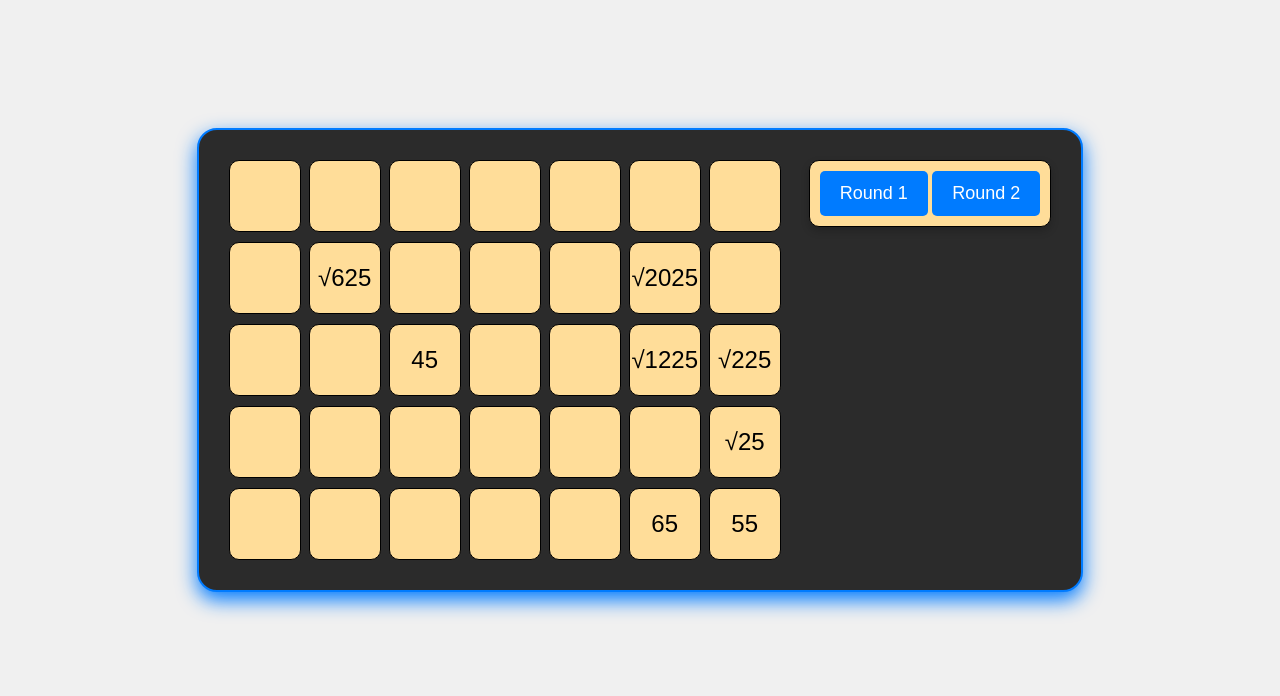
Repository: radisyah/THE_BRAIN_STORM
Page: Broken Link.html
The author's editor kept a copy of each file at every save. The page is drawn from the files as they stood at one save, then again after the next save.
The browser window is 1280 px wide. The pictures show the whole page.

Above is the page before, as saved 2024-11-09 12:51:17.

### Broken Link.html
<!DOCTYPE html>
<html lang="en">
<head>
    <meta charset="UTF-8">
    <meta name="viewport" content="width=device-width, initial-scale=1.0">
    <title>The Brain Storm | Broken Link</title>
    <style>
        body {
            font-family: Arial, sans-serif;
            display: flex;
            justify-content: center; /* Center the content horizontally */
            align-items: center; /* Center vertically */
            height: 100vh;
            margin: 0;
            background-color: #f0f0f0;
        }

        .container {
            display: flex;
            justify-content: center; /* Align the grid and buttons side by side */
            align-items: flex-start;
            background-color: #2b2b2b;
            border-radius: 20px;
            box-shadow: 0 8px 20px  #007bff;
            padding: 30px;
            border: 2px solid #007bff;
            transition: transform 0.3s ease-in-out;

        }

        .grid-container {
            display: grid;
            grid-template-columns: repeat(7, 70px); /* 7 columns for the grid */
            grid-gap: 10px; /* Increased gap between grid items */
            justify-content: center;
            margin-right: 30px; /* Space between grid and buttons */
        }

        .container:hover {
            transform: scale(1.02); /* Slight scale effect when hovering over the container */
        }

        .grid-item {
            width: 70px;
            height: 70px;
            display: flex;
            align-items: center;
            justify-content: center;
            font-size: 24px;
            background-color: #ffdd99;
            border: 1px solid #000;
            color: #000;
            cursor: pointer;
            position: relative;
            border-radius: 10px;
            transition: transform 0.3s ease-in-out;
        }

        .grid-item:hover {
            transform: scale(1.10);
        }

        .highlighted {
            background-color: #28a745; /* Green when correct */
        }

        .blue {
            background-color: lightblue; /* Blue for temporary path */
        }

        .locked {
            background-color: #28a745;
            color: white;
            cursor: not-allowed;
            border-color: #007bff;
        }

        .selected {
            background-color: lightblue;
        }

        .no-number {
            cursor: pointer;
        }


        .question-buttons {
            display: flex;
            flex-direction: column; /* Align buttons vertically */
            gap: 10px;
            padding: 10px; /* Added padding */
            background-color: #ffdd99; /* Background color for buttons layout */
            border-radius: 10px; /* Rounded corners */
            box-shadow: 0 4px 8px rgba(0, 0, 0, 0.2); /* Shadow for effect */
             border: 1px solid #000;
        }


        .question-button {
            padding: 12px 20px; /* Increased padding */
            font-size: 18px; /* Increased font size */
            cursor: pointer;
            background-color: #007bff;
            color: white;
            border: none;
            border-radius: 5px;
            transition: background-color 0.3s;
        }

        .question-button:hover {
            background-color: #0056b3;
        }

    </style>


</head>
<body>


<div class="container">
    <div class="grid-container" id="gridContainer">
        <!-- Grid will be inserted dynamically here -->
    </div>
    <div class="question-buttons">
        <div>
            <button class="question-button" onclick="loadQuestion(1)">Round 1</button>
            <button class="question-button" onclick="loadQuestion(2)">Round 2</button>
        </div>
    </div>
</div>


<script>
    // Data untuk grid dan jalur dinamis
    const gridData = [
        { number: 1, hasNumber: false },
        { number: 2, hasNumber: false },
        { number: 3, hasNumber: false },
        { number: 4, hasNumber: false },
        { number: 5, hasNumber: false },
        { number: 6, hasNumber: false },
        { number: 7, hasNumber: false },

        { number: 8, hasNumber: false },
        { number: 9, hasNumber: '√625' },
        { number: 10, hasNumber: false },
        { number: 11, hasNumber: false },
        { number: 12, hasNumber: false },
        { number: 13, hasNumber: '√2025' },
        { number: 14, hasNumber: false },

        { number: 15, hasNumber: false },
        { number: 16, hasNumber: false },
        { number: 17, hasNumber: '45' },
        { number: 18, hasNumber: false },
        { number: 19, hasNumber: false },
        { number: 20, hasNumber: '√1225' },
        { number: 21, hasNumber: '√225' },

        { number: 22, hasNumber: false },
        { number: 23, hasNumber: false },
        { number: 24, hasNumber: false },
        { number: 25, hasNumber: false },
        { number: 26, hasNumber: false },
        { number: 27, hasNumber: false },
        { number: 28, hasNumber: '√25' },

        { number: 29, hasNumber: false },
        { number: 30, hasNumber: false },
        { number: 31, hasNumber: false },
        { number: 32, hasNumber: false },
        { number: 33, hasNumber: false },
        { number: 34, hasNumber: '65' },
        { number: 35, hasNumber: '55' },



    ];

    const correctPaths = [
        [1, 6, 7],    // Jalur 1 -> 6 -> 7
        [2, 3, 8],    // Jalur 2 -> 3 -> 8
        [4, 9, 10, 5] // Jalur 4 -> 9 -> 10 -> 5
    ];

    let currentPath = []; // Menyimpan jalur yang sedang dipilih
    let lockedGrids = new Set(); // Menyimpan grid yang sudah benar dan terkunci

    // Fungsi untuk membuat grid secara dinamis
// Generate the grid
function generateGrid() {
    const container = document.getElementById('gridContainer');
    gridData.forEach(item => {
        const gridItem = document.createElement('div');
        gridItem.classList.add('grid-item');
        gridItem.setAttribute('data-number', item.number);

        if (item.hasNumber) {
            gridItem.textContent = item.hasNumber; // Display the string like "√625"
        } else {
            gridItem.classList.add('no-number');
        }

        container.appendChild(gridItem);

        gridItem.addEventListener('click', (event) => {
            handleGridClick(event, item.number);
        });

        if (lockedGrids.has(item.number)) {
            gridItem.classList.add("locked");
        }
    });
}

    // Fungsi untuk menangani klik pada grid
    function handleGridClick(event, clickedNumber) {
        // Jika grid sudah terkunci, jangan izinkan klik
        if (lockedGrids.has(clickedNumber)) {
            return;
        }

        // Jika tidak ada urutan yang dipilih, buat jalur baru
        if (currentPath.length === 0) {
            currentPath.push(clickedNumber);
            event.currentTarget.classList.add("blue");
            return;
        }

        // Periksa apakah grid yang dipilih sesuai dengan urutan
        if (isValidStep(clickedNumber)) {
            currentPath.push(clickedNumber);
            event.currentTarget.classList.add("blue");

            // Menandai grid yang sudah terhubung
            highlightCurrentPath();

            // Jika urutan sudah lengkap, semua grid menjadi hijau dan terkunci
            if (isPathComplete()) {
                lockPath();
            }
        } else {
            // Jika urutannya salah, reset
            resetGrid();
        }
    }

    function isValidStep(clickedNumber) {
        // Memeriksa apakah langkah yang dipilih valid (sesuai dengan jalur)
        const lastStep = currentPath[currentPath.length - 1];
        return correctPaths.some(path => {
            const indexLastStep = path.indexOf(lastStep);
            return indexLastStep !== -1 && path[indexLastStep + 1] === clickedNumber;
        }) || correctPaths.some(path => {
            const indexLastStep = path.indexOf(lastStep);
            return indexLastStep !== -1 && path[indexLastStep - 1] === clickedNumber;
        });
    }

    function highlightCurrentPath() {
        // Menandai jalur yang dipilih dengan warna biru
        document.querySelectorAll(".grid-item").forEach(item => {
            const number = parseInt(item.getAttribute("data-number"));
            if (currentPath.includes(number)) {
                item.classList.add("blue");
            } else {
                item.classList.remove("blue");
            }
        });
    }

    function isPathComplete() {
        // Memeriksa apakah urutan yang benar telah dipilih (baik langsung atau terbalik)
        return correctPaths.some(path => {
            return path.every(step => currentPath.includes(step)) || path.reverse().every(step => currentPath.includes(step));
        });
    }

    function lockPath() {
        // Mengunci grid yang sudah benar dan tidak bisa dipilih lagi
        currentPath.forEach(step => {
            lockedGrids.add(step);
            document.querySelector(`[data-number="${step}"]`).classList.add("locked");
        });

        // Reset jalur setelah terkunci, dan lanjutkan dengan jalur berikutnya
        currentPath = [];
    }

    function resetGrid() {
        // Reset semua grid dan urutan, namun grid yang sudah terkunci tetap hijau
        document.querySelectorAll(".grid-item").forEach(item => {
            const number = parseInt(item.getAttribute("data-number"));
            // Reset hanya grid yang belum terkunci
            if (!lockedGrids.has(number)) {
                item.classList.remove("blue", "highlighted", "locked");
            }
        });
        currentPath = [];
    }

    // Generate grid on page load
    generateGrid();
</script>





</body>
</html>

After the next save:
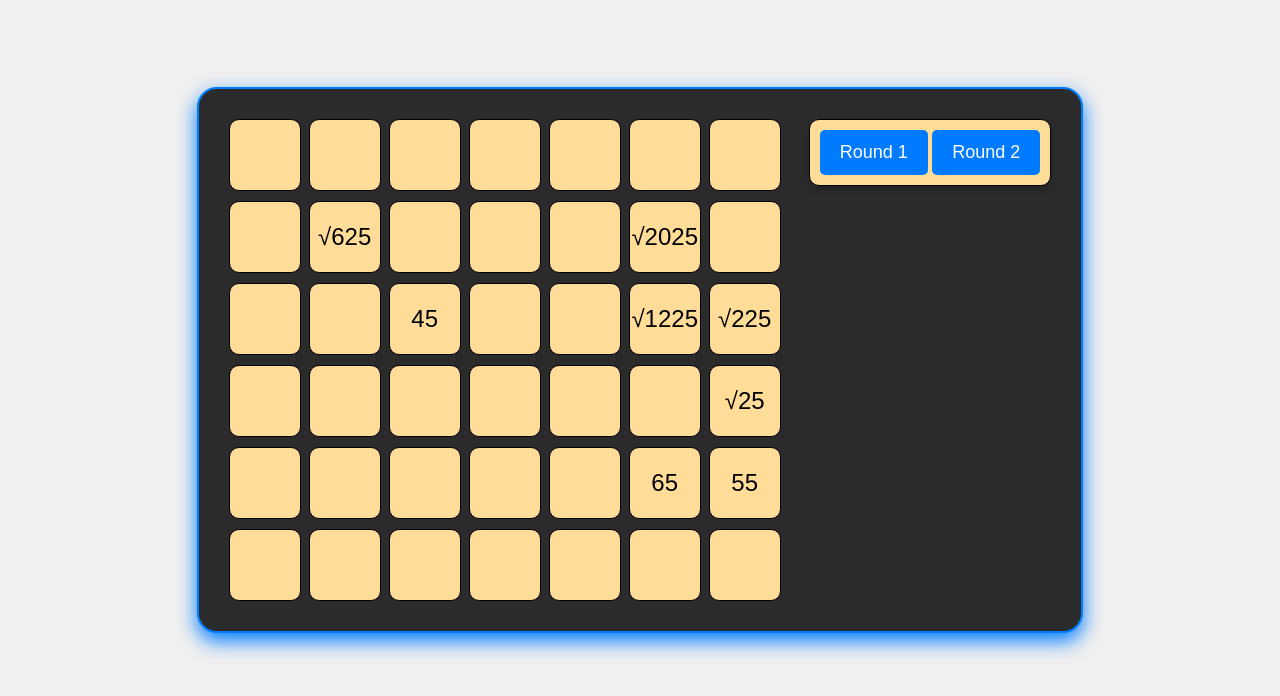
Saved 45 s later.
--- a/Broken Link.html
+++ b/Broken Link.html
@@ -174,6 +174,15 @@
         { number: 34, hasNumber: '65' },
         { number: 35, hasNumber: '55' },
 
+        { number: 36, hasNumber: false },
+        { number: 37, hasNumber: false },
+        { number: 38, hasNumber: false },
+        { number: 39, hasNumber: false },
+        { number: 40, hasNumber: false },
+        { number: 41, hasNumber: false },
+        { number: 42, hasNumber: false },
+
+
 
 
     ];
